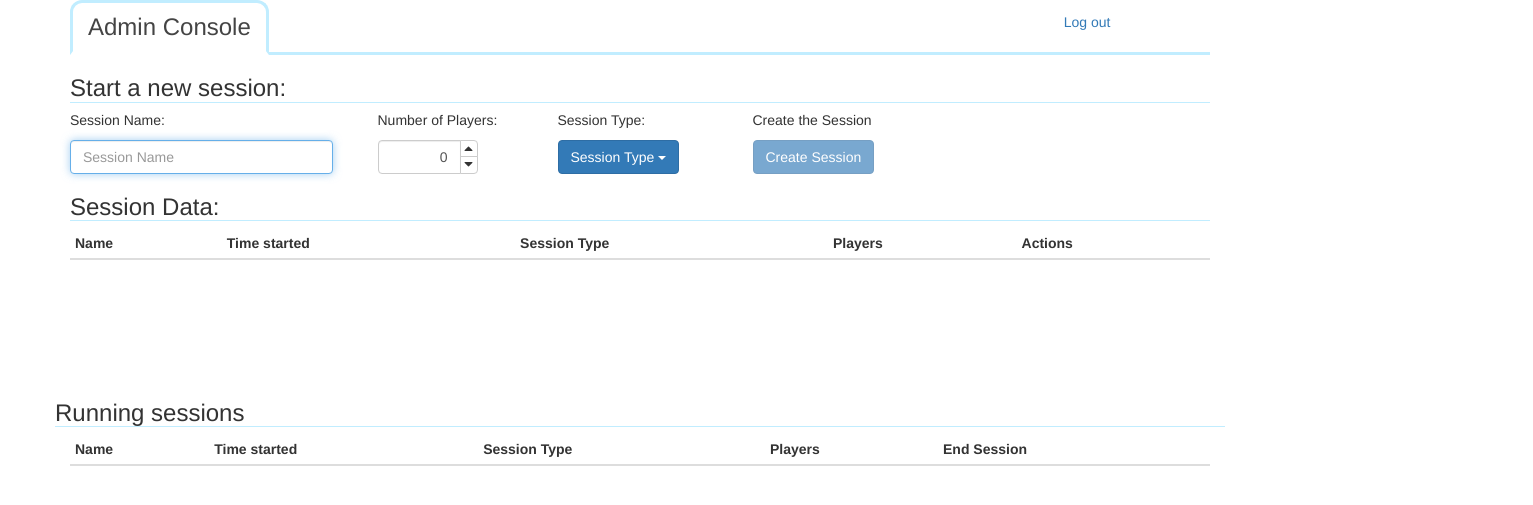
Repository: zmikaya/behavecon
Page: templates/group/controls/profile.html
The author's editor kept a record of every edit. The page is drawn from the files as they stood at one moment, then again after the next edit.
The browser window is 1280 px wide. The page is 1533 px wide, so the pictures cover 1533 px, including what lies to the right of the window. The pictures show the whole page.
Some web libraries are served in a nearby version. The template is drawn by Django 2.2. The application's start-up code is not run. Other server files are loaded and not shown. The template is opened directly, without the code that normally fills it, so the values that code supplies are empty.

Above is the page before.

### templates/group/controls/profile.html
{% load staticfiles %}


<!DOCTYPE html>

<html lang="en">
    <head>
        <meta charset="utf-8">
        <title>Admin Console</title>
        <meta name="viewport" content="width=device-width, initial-scale=1.0">
        <meta name="description" content="Consoles : frelacer : PythonAnywhere">
        <meta name="author" content="PythonAnywhere LLP">
        <meta name="google-site-verification" content="O4UxDrfcHjC44jybs2vajc1GgRkTKCTRgVzeV6I9V14" />


        <!-- Le styles -->
        <!--<link rel="stylesheet" href="/static/CACHE/css/36ebb8460e52.css" type="text/css" media="screen" />-->
        <!--<link rel="stylesheet" href="/static/CACHE/css/62de1ff2de54.css" type="text/css" media="screen" />-->
        <link href="{% static "css/bootstrap.min.css" %}" rel="stylesheet">
        <link href="{% static "css/profile.css" %}" rel="stylesheet">
        <script type="text/javascript" src="{% static "js/jquery.js" %}"></script>
        <script type="text/javascript" src="{% static "js/bootstrap.min.js" %}"></script>
        <link rel="stylesheet" href="https://maxcdn.bootstrapcdn.com/font-awesome/4.3.0/css/font-awesome.min.css">
        <!--<link rel="stylesheet" href="/static/CACHE/css/cc78b2686e6e.css" type="text/css" />-->

    </head>

     <body>

    <div class="container" ng-app="myApp">
        <div class="tabs_container">
            <ul class="dashboard_tabs">
                <li class="dashboard_tab selected"><a id="id_consoles_link" href="/user/frelacer/">Admin Console</a></li>
                <!--<li class="dashboard_tab"><a id="id_files_link" href="/user/frelacer/files/home/frelacer">Data</a></li>-->
            </ul>
    </div>

    <div class="row">
        <div id="logout" class="col-lg-3 col-lg-push-8">
            <a href="/logout" id="id_logout_link">Log out</a>
        </div>
    </div>

    <div class="tabs_underline"></div>


          <div id="id_my_consoles_div">

            <h3>Start a new session:</h3>

            <div id="id_new_console_launchers">



                <div class="row">
                    <div class="col-lg-3">
                        <label for="inputName" class="sr-only">Session name</label>
                        <p>Session Name:</p>
                        <input name="session" type="text" id="inputName" class="form-control" placeholder="Session Name" required autofocus>
                    </div>
                    <div class="col-lg-2">
                        <div class="container">
                          <p>Number of Players:</p>
                          <div class="input-group spinner">
                            <input id="spinner" type="text" class="form-control" value="0">
                            <div class="input-group-btn-vertical">
                              <button class="btn btn-default" type="button"><i class="fa fa-caret-up"></i></button>
                              <button class="btn btn-default" type="button"><i class="fa fa-caret-down"></i></button>
                            </div>
                          </div>
                        </div>
                    </div>
                    <div class="col-lg-2">
                        <p>Session Type:</p>
                        <div class="dropdown">
                          <button id="sessionType" class="btn btn-primary dropdown-toggle" type="button" data-toggle="dropdown">Session Type
                          <span class="caret"></span></button>
                          <ul class="dropdown-menu">
                            <li><a class="dropdown-item" href="#">Category 3Dams</a></li>
                            <li><a class="dropdown-item" href="#">Free 3Dams</a></li>
                            <li><a class="dropdown-item" href="#">Priming 3Dams</a></li>
                          </ul>
                        </div>
                    </div>
                    <div class="col-lg-2">
                        <p>Create the Session</p>
                         <button id="createSession" onclick="createSession()" class="btn btn-primary dropdown-toggle disabled">Create Session</span></button>
                    </div>
                </div>

                <div class="clear"></div>
            </div>

            <h3 id="id_my_consoles_header">Session Data:</h3>

            <table id="id_running_processes" class="table table-striped table-hover table-condensed" ng-show="!ajax_error && fetched_yet" ng-cloak>
                  <thead>
                      <tr>
                          <th>Name</th>
                          <th>Time started</th>
                          <th>Session Type</th>
                          <th>Players</th>
                          <th>Actions

                              <!--<button id="id_refresh_process_list" ng-click="refresh()">-->
                              <!--    <i class="icon-refresh"></i>-->
                              <!--</button>-->
                          </th>
                      </tr>
                  </thead>

                  <tbody id="dead_session_list">
                      {% if dead_sessions %}
                          {% for session in dead_sessions %}
                              <tr class="hoverable">
                              {% for element in session %}
                                  <td>{{ element }}</td>
                              {% endfor %}
                                  <td>
                                      <!--<a class="btn btn-danger" href="/kill_session">End</a>-->
                                      <button id={{session.0}} class="button btn-primary"><a class="data" href="/data/{{session.0}}">Data</a></button>
                                  </td>
                              </tr>
                          {% endfor %}
                      {% endif %}


                      <!--<tr ng-show="!processes.length" id="id_nothing_running">-->
                      <!--    <td colspan="4">-->
                      <!--        <i>Nothing running (hit the small refresh icon above-->
                      <!--        and to the right of this list to update it)</i>-->
                      <!--    </td>-->
                      <!--</tr>-->
                  </tbody>

              </table>

            <!--<table id="id_console_list_table" class="hoverable console_table">-->

            <!--    <tr>-->
            <!--        <td><i>You have no sessions. Click a link above to start one.</i>-->
            <!--            <div class="well exposition">-->
            <!--              <p>-->
            <!--                Start a <b>session</b> using the form above.-->
            <!--            </div>-->

            <!--        </td>-->
            <!--    </tr>-->

            <!--</table>-->

          </div>

          <div ng-controller="ngProcessManagerController">

              <div class="row">
                  <div class="span7">
                      <h3>Running sessions</h3>
                  </div>
              </div>

              <!--<div ng-show="!fetched_yet">-->
              <!--    <button ng-click="refresh()">-->
              <!--        <i id="id_fetch_process_list" class="icon-refresh"></i>-->
              <!--        Fetch process list-->
              <!--    </button>-->
              <!--</div>-->

              <!--<div class="alert alert-warn" ng-show="ajax_error" ng-cloak>-->
              <!--    Error fetching list of running processes.-->
              <!--</div>-->

              <table id="id_running_processes" class="table table-striped table-hover table-condensed" ng-show="!ajax_error && fetched_yet" ng-cloak>
                  <thead>
                      <tr>
                          <th>Name</th>
                          <th>Time started</th>
                          <th>Session Type</th>
                          <th>Players</th>
                          <th>End Session

                              <!--<button id="id_refresh_process_list" ng-click="refresh()">-->
                              <!--    <i class="icon-refresh"></i>-->
                              <!--</button>-->

                      </tr>
                  </thead>

                  <tbody id="session_list">
                      {% if live_sessions %}
                          {% for session in live_sessions %}
                              <tr class="hoverable">
                              {% for element in session %}
                                  <td>{{ element }}</td>
                              {% endfor %}
                                  <td>
                                      <!--<a class="btn btn-danger" href="/kill_session">End</a>-->
                                      <button id={{session.0}} class="button btn-danger"><a href="/profile">End</a></button>
                                  </td>
                                  <td>
                                      <!--<a class="btn btn-danger" href="/kill_session">End</a>-->
                                      <button id={{session.0}} class="button btn-info"><a href="/profile">Info</a></button>
                                  </td>
                              </tr>
                          {% endfor %}
                      {% endif %}


                      <!--<tr ng-show="!processes.length" id="id_nothing_running">-->
                      <!--    <td colspan="4">-->
                      <!--        <i>Nothing running (hit the small refresh icon above-->
                      <!--        and to the right of this list to update it)</i>-->
                      <!--    </td>-->
                      <!--</tr>-->
                  </tbody>

              </table>

            </div>
        </div>





            <div id="id_feedback_dialog" title="Help us improve" style="display:none">
        <div id="id_feedback_dialog_blurb_big" class="dialog_blurb_big">
            It's always a pleasure to hear from you!
        </div>
        <div id="id_feedback_dialog_blurb_small">
            Ask us a question, or tell us what you love or hate about PythonAnywhere.<br/>
            We'll get back to you over email ASAP.
        </div>
        <textarea id="id_feedback_dialog_text" rows="6"></textarea>
        <input id="id_feedback_dialog_email_address" type="text" placeholder="Email address (optional - only necessary if you would like us to contact you)"/>

        <div id="id_feedback_dialog_error" class="pa_hidden">
            Sorry, there was an error connecting to the server. <br/>Please try again in a few moments...
        </div>
        <div class="dialog_buttons">
            <!--<img id="id_feedback_dialog_spinner" src="/static/anywhere/images/spinner-small.gif" />-->
            <button class="btn btn-primary" id="id_feedback_dialog_ok_button">OK</button>
            <button class="btn" id="id_feedback_dialog_cancel_button">Cancel</button>
        </div>
    </div>

    </body>
    <script type="text/javascript" src="{% static "js/profile.js" %}"></script>
    <!--<script type="text/javascript" src='{% static 'bootstrap-validator/dist/validator.min.js' %}'></script>-->
</html>

### static/css/profile.css
#id_new_console_launchers td {
    padding-left: 10px;
}

#id_consoles_shared_with_me_div h2, h3 {
    margin-bottom: 7px;
    border-bottom: 1px solid #C1EDFF;
}

#id_consoles_shared_with_me_div table {
    margin-top: 1ex;
}

.console_table {
    margin-bottom: 30px;
}

.console_table td {
    vertical-align: top;
}

.console_kill_link {
    font-style: italic;

}

.console_table i.icon-edit {
    opacity: 0.5;
}

.console_table .info_tooltip {
    color: black;
}
.console_table .info_tooltip:hover {
    text-decoration: none;
}

#id_cpu_usage_information {
    font-size: small;
    float: right;
    text-align: right;
}

#id_refresh_process_list {
    float: right;
}

div.tabs_underline {
    border-top: 3px solid #C1EDFF;
    clear: both;
    margin-bottom: 10px;
}

ul.dashboard_tabs {
    list-style: none;
    padding: 0;
    margin: 0;
}

.dashboard_tab {
    font-size: 24px;
    padding: 7px 15px 7px 15px;
    float: left;
    margin-bottom: -3px;
    margin-top: 3px;
}

.dashboard_tab.selected {
    border-top-left-radius: 12px;
    -moz-border-top-left-radius: 12px;
    border-top-right-radius: 12px;
    -moz-border-top-right-radius: 12px;
    border-left: 3px solid #C1EDFF;
    border-right: 3px solid #C1EDFF;
    border-top: 3px solid #C1EDFF;
    border-bottom: 4px solid #FFFFFF;
    margin-top: 0px;
}

.dashboard_tab.selected a {
    color: #444444;
    text-decoration: none;
}

.tabs_container .alert {
    width: 390px;
    float: right;
    margin-top: 5px;
    padding: 2px;
    padding-left: 5px;
    padding-right: 5px;
    margin-bottom: 0px;
    margin-left: auto;
 }

.tabs_container .alert:hover {
    text-decoration: underline;
 }


#inputName {
    width: 100%;
}

#logout {
    margin-top: 12px;
}

input {
    border-color: #a94442;
}

/*counter spinner*/

.spinner {
  width: 100px;
}
.spinner input {
  text-align: right;
}
.input-group-btn-vertical {
  position: relative;
  white-space: nowrap;
  width: 1%;
  vertical-align: middle;
  display: table-cell;
}
.input-group-btn-vertical > .btn {
  display: block;
  float: none;
  width: 100%;
  max-width: 100%;
  padding: 8px;
  margin-left: -1px;
  position: relative;
  border-radius: 0;
}
.input-group-btn-vertical > .btn:first-child {
  border-top-right-radius: 4px;
}
.input-group-btn-vertical > .btn:last-child {
  margin-top: -2px;
  border-bottom-right-radius: 4px;
}
.input-group-btn-vertical i{
  position: absolute;
  top: 0;
  left: 4px;
}

/*end*/

tbody {
    height: 100px;
    overflow-x: hidden;
    overflow-y: scroll;
}

button a {
    color: white;
    text-decoration: none;
}

### static/js/profile.js
// counter spinner does not allow negatve integers
(function ($) {
  $('.spinner .btn:first-of-type').on('click', function() {
    $('.spinner input').val( parseInt($('.spinner input').val(), 10) + 1);
  });
  $('.spinner .btn:last-of-type').on('click', function() {
      if (parseInt($('.spinner input').val(), 10) > 0) {
        $('.spinner input').val( parseInt($('.spinner input').val(), 10) - 1);
      }
  });
})(jQuery);

// make session type button responsive
$(".dropdown-item").click(
  function(){
    $("#sessionType").text(this.innerHTML)
    $("#sessionType").append('<span class="caret"></span>')
  })


// enable "create session" button only after all requirements are met
function ensureRequirements(){
  var flag1 = false;
  var flag2 = false;
  var flag3 = false;
  // check "session name"
   ($("#inputName")).change(
    function(){
      if ($("#inputName").val().length > 0){
        flag1 = true;
      }
      else {
        flag1 = false;
      }
      changeButtonCSS([flag1, flag2, flag3])
    })
  // check group size
  $('.spinner').change(
    function(){
      if ($.isNumeric($('.spinner input').val()) && parseInt($('.spinner input').val(), 10) > 0){
        flag2 = true;
      }
      else {
        flag2 = false;
      }
      changeButtonCSS([flag1, flag2, flag3])
    })
  $('.spinner .btn').on('click',
    function(){
      if ($.isNumeric($('.spinner input').val()) && parseInt($('.spinner input').val(), 10) > 0){
        flag2 = true;
      }
      else {
        flag2 = false;
      }
      changeButtonCSS([flag1, flag2, flag3])
    })
  // check session type
  $(".dropdown-menu").on('click',
    function(){
      if ($("sessionType").text().trim() != "Session Type"){
        flag3 = true;
      }
      else {
        flag3 = false;
      }
      changeButtonCSS([flag1, flag2, flag3])
    })

}

function changeButtonCSS(flags){
  for (var i=0; i<flags.length; i++){
    if (flags[i] == false){
      if (!$("#createSession").hasClass("disabled")){
        $("#createSession").addClass("disabled")
      }
      break
    }
    if (i==2 && $("#createSession").hasClass("disabled")){
      $("#createSession").removeClass("disabled")
    }
  }
}

ensureRequirements()

// end

function getCookie(name) {
    var cookieValue = null;
    if (document.cookie && document.cookie != '') {
        var cookies = document.cookie.split(';');
        for (var i = 0; i < cookies.length; i++) {
            var cookie = jQuery.trim(cookies[i]);
            // Does this cookie string begin with the name we want?
            if (cookie.substring(0, name.length + 1) == (name + '=')) {
                cookieValue = decodeURIComponent(cookie.substring(name.length + 1));
                break;
            }
        }
    }
    return cookieValue;
}

// create a session
function createSession(){
    var csrftoken = getCookie('csrftoken');
    var stype = getSType($("#sessionType").text())
    $.ajax({
      type: "POST",
      url: "/create_session",
      data: {
          'csrfmiddlewaretoken': csrftoken,
          'sessionName': $("#inputName").val(),
          'players': $("#spinner").val(),
          'sessionType': stype
        },
        success: updateSessions,
        dataType: 'html'
    });
};

function getSType(name){
  var stype = 0;
  if (name == "Category 3Dams"){
    stype = 0;
  }
  else if (name == "Free 3Dams"){
    stype = 1;
  }
  else {
    stype = 2;
  }
  return stype
}

// handles the returned html/data from Django
// clears existing body, then replaces it with returned html
function updateSessions(data, textStatus, jqXHR){
    var data = $.parseHTML(data);
    // $("tr.hoverable").empty()
    for (var i=0; i<data.length; i++){
      $("#session_list").append(data[i])
    }
}
// end

// end a session
$(".btn-danger").click(function() {
    endSession($(this).attr("id"))
})

function endSession(session){
    var csrftoken = getCookie('csrftoken');
    $.ajax({
      type: "POST",
      url: "/end_session",
      data: {
          'csrfmiddlewaretoken': csrftoken,
          'sessionName': session,
        },
        success: endSessions,
        dataType: 'html'
    });
};

function endSessions(data, textStatus, jqXHR){
}

Loaded but not shown: static/css/bootstrap.min.css (library); static/js/jquery.js (library); static/js/bootstrap.min.js (library)

After the next edit:
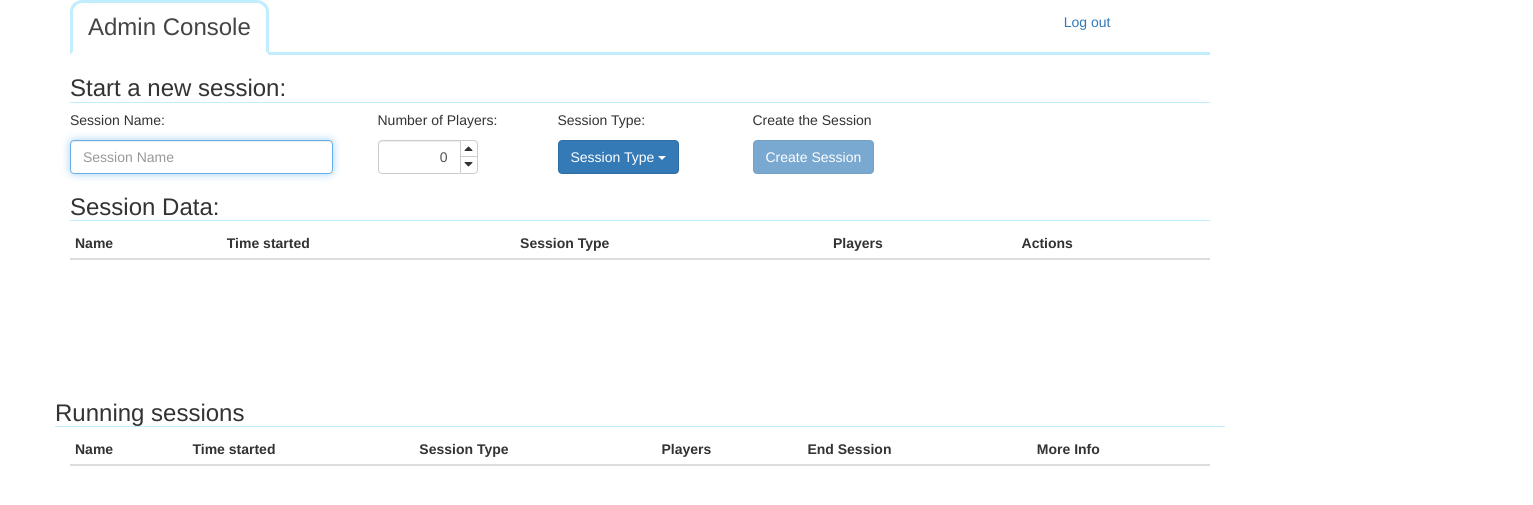
The edit:
--- a/templates/group/controls/profile.html
+++ b/templates/group/controls/profile.html
@@ -177,7 +177,8 @@
                           <th>Time started</th>
                           <th>Session Type</th>
                           <th>Players</th>
-                          <th>End Session
+                          <th>End Session</th>
+                          <th>More Info</th>
 
                               <!--<button id="id_refresh_process_list" ng-click="refresh()">-->
                               <!--    <i class="icon-refresh"></i>-->
